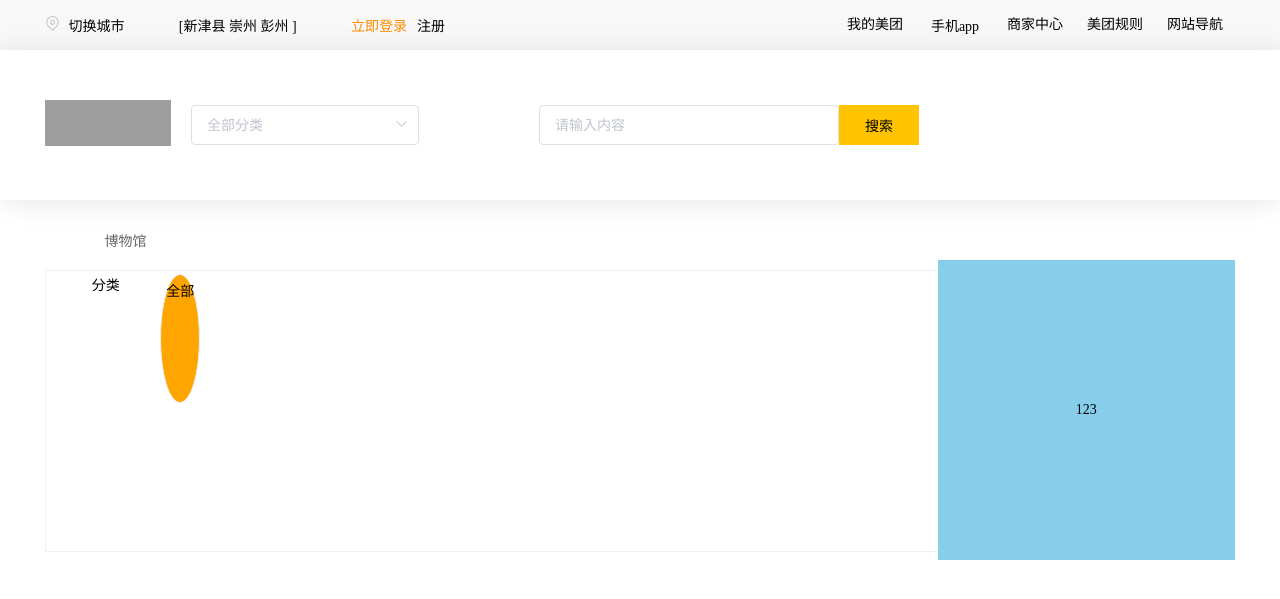
Repository: jinggegeZ/-
Page: /detail
An editor plug-in stored every save of this project. The page is shown before and after the next save, followed by the edit.
The browser window is 1280 px wide. The pictures show the whole page.
Pictures or frames that could not be fetched are drawn as grey boxes. The page's requests for data from a server got no answer. The project was rebuilt for these pictures with package versions that can differ from the ones it lists, and the page was loaded fresh each time. No one was signed in, and anything a server would have sent is missing. Also part of the build but not shown: vue.config.js, src/components/Navigation/Navigation.vue, src/components/navbox/navbox.vue, src/components/Sty/Sty.vue, src/views/Home.vue.

Above is the page before, as saved 2020-08-24 16:44:34.

After the next save:
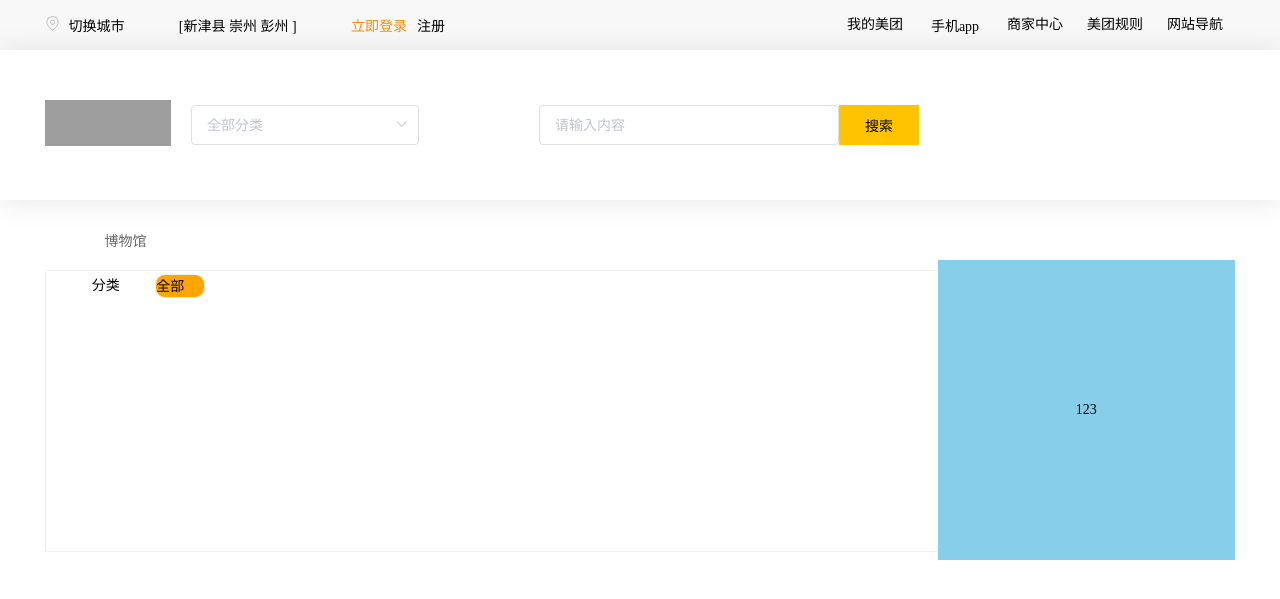
Saved 22 s later.
--- a/src/style/style.css
+++ b/src/style/style.css
@@ -1346,10 +1346,11 @@
     justify-content: center;
 }
 .location-box-top1-2-1 {
-    padding: 5px;
+    width: 48px;
+    height: 22px;
 
     border: 1px solid rgb(240,240,240);
-    border-radius: 50%;
+    border-radius: 10px;
     background: orange;
 }
 .location-box-top1-3 {
